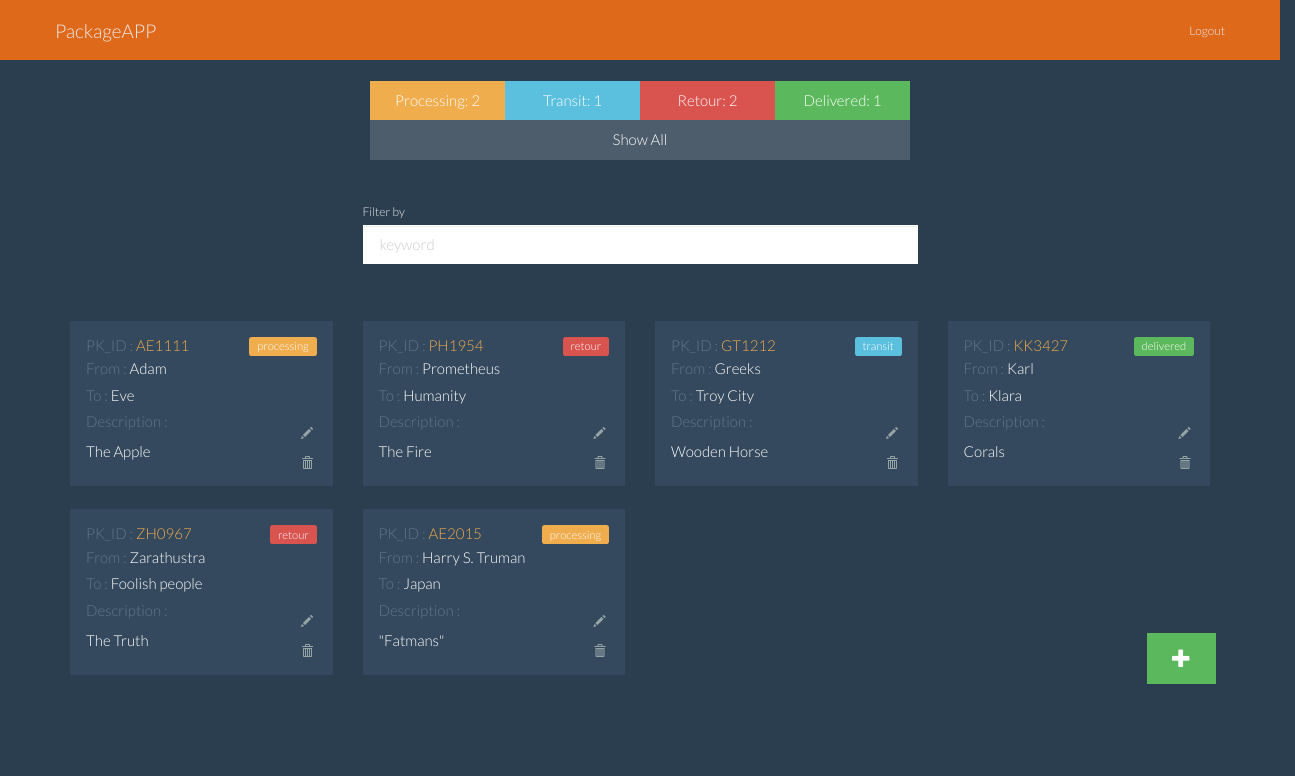
Repository: andreasmihm/aizat
Page: index.html
The author's editor kept a record of every edit. The page is drawn from the files as they stood at one moment, then again after the next edit.
The browser window is 1280 px wide. The page is 1295 px wide, so the pictures cover 1295 px, including what lies to the right of the window. The pictures show the whole page.

Above is the page before.

After the next edit:
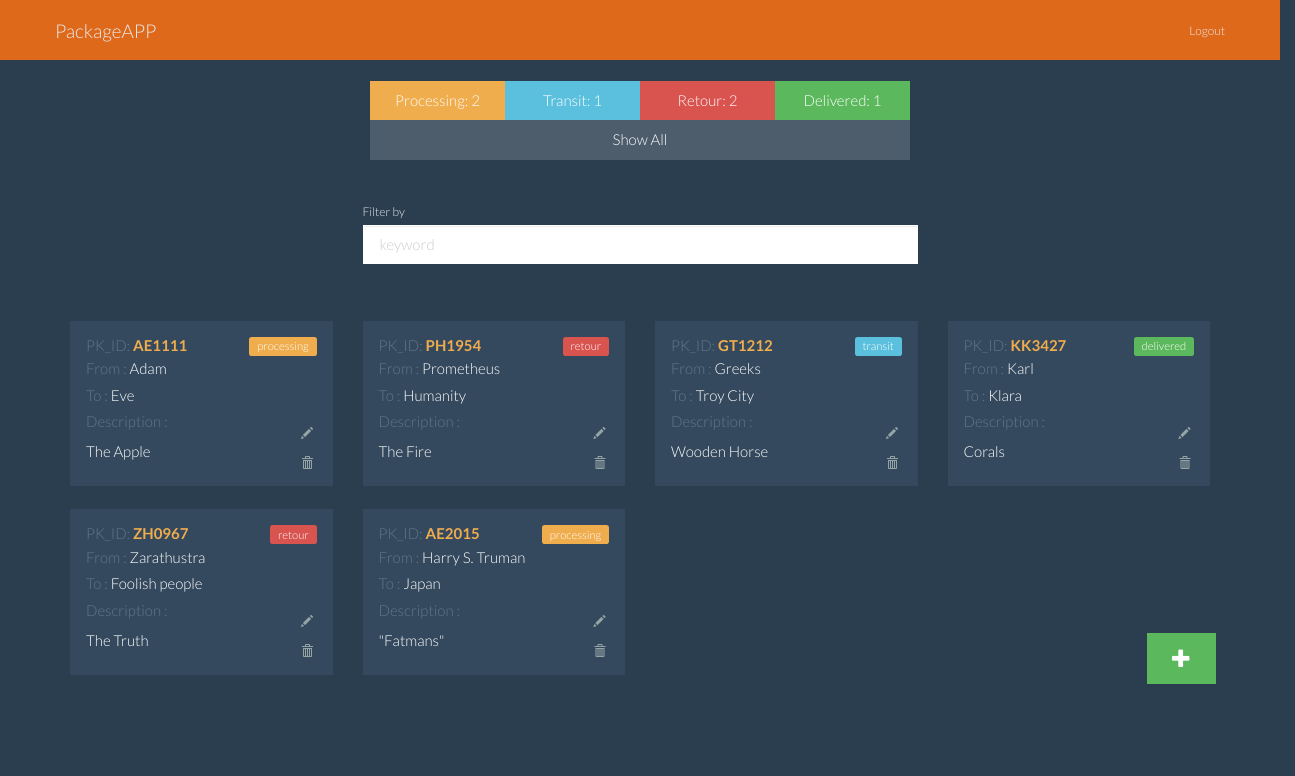
The edit:
--- a/index.html
+++ b/index.html
@@ -57,7 +57,7 @@
       <div class="col-lg-3 col-md-4 col-xs-6 animate-repeat" ng-repeat="pack in packs | filter:search | status">
         <div class="package">
           <div class="alert">
-            <h5 class="list-group-item-heading"><span class="text-muted">PK_ID&#09;:</span> <span class="text-warning">{{pack.id}}</span><button type="button" class="btn label label-{{getClass(pack.id)}} pull-right" ng-click="cycStatus(pack.id)">{{pack.status}}</button></h5>
+            <h5 class="list-group-item-heading"><span class="text-muted">PK_ID:</span> <span class="text-warning"><strong>{{pack.id}}</strong></span><button type="button" class="btn label label-{{getClass(pack.id)}} pull-right" ng-click="cycStatus(pack.id)">{{pack.status}}</button></h5>
             <p><span class="text-muted">From :</span> {{pack.sen}}</p>
             <p><span class="text-muted">To :</span> {{pack.rec}}</p>
             <p><span class="text-muted">Description :</span></p>
